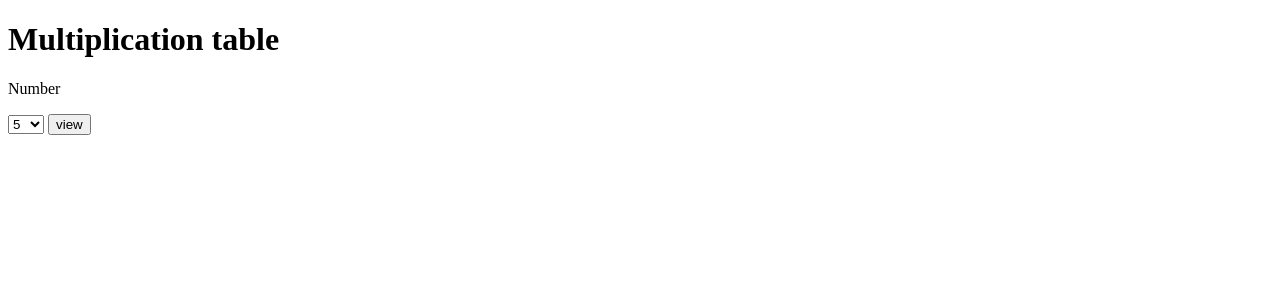
Repository: hoa-nguyen-bk/Module_3
Page: http://localhost/Bai3_JSP/btvn_3_3_multiplication_table.jsp
An editor plug-in stored every save of this project. The page is shown before and after the next save, followed by the edit.
The browser window is 1280 px wide. The pictures show the whole page.
The page is served by Tomcat 9. Other server files are loaded and not shown.

Above is the page before, as saved 2024-08-06 12:31:14.

### Bai3_JSP/src/main/webapp/btvn_3_3_multiplication_table.jsp
<%@ page language="java" contentType="text/html; charset=UTF-8"
    pageEncoding="UTF-8"%>
<!DOCTYPE html>
<html>
<head>
<meta charset="UTF-8">
<title>Multiplication table</title>
<!-- sử dụng jstl với el -->
</head>
<body>
<h1>Multiplication table</h1>
<form method="post" >
	<p>Number </p>
	<select name="number">
		<option value="5">5</option>
		<option value="7">7</option>
		<option value="9">9</option>
		<option value="11">11</option>
	</select>
	<input type="submit" value="view" />
</form>

</body>
</html>

After the next save:
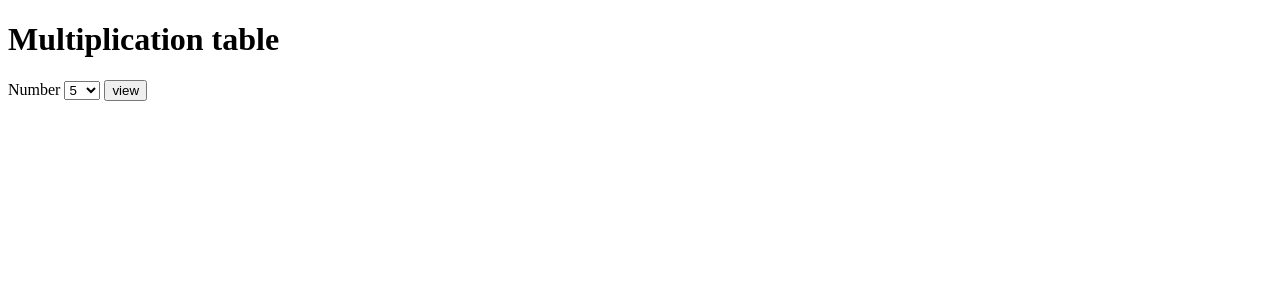
Saved 10 min 8 s later.
--- a/Bai3_JSP/src/main/webapp/btvn_3_3_multiplication_table.jsp
+++ b/Bai3_JSP/src/main/webapp/btvn_3_3_multiplication_table.jsp
@@ -10,8 +10,8 @@
 <body>
 <h1>Multiplication table</h1>
 <form method="post" >
-	<p>Number </p>
-	<select name="number">
+	<label for="number">Number</label>
+	<select name="number" id="number">
 		<option value="5">5</option>
 		<option value="7">7</option>
 		<option value="9">9</option>
